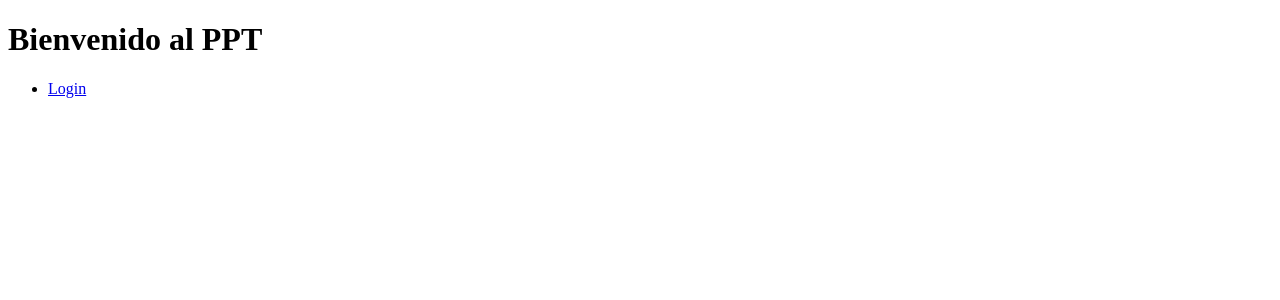
Repository: Danielborja/juegoLaravel
Page: http://localhost/
An editor plug-in stored every save of this project. The page is shown before and after the next save, followed by the edit.
The browser window is 1280 px wide. The pictures show the whole page.
The page is served by the project's Laravel application, run on PHP 8.4 with Laravel 10. Other server files are loaded and not shown.

Above is the page before, as saved 2023-04-21 13:47:14.

### routes/web.php
<?php

use Illuminate\Support\Facades\Route;
use App\Http\Controllers\LoginController;

/*
|--------------------------------------------------------------------------
| Web Routes
|--------------------------------------------------------------------------
|
| Here is where you can register web routes for your application. These
| routes are loaded by the RouteServiceProvider and all of them will
| be assigned to the "web" middleware group. Make something great!
|
*/

Route::get('/', function () {
    return view('welcome');
});

Route::get('index', [LoginController::class, 'index'])->name('login');
Route::get('new-player', [LoginController::class, 'store'])->name('new-player');

### resources/views/welcome.blade.php
<!DOCTYPE html>
<html lang="{{ str_replace('_', '-', app()->getLocale()) }}">
    <head>
        <meta charset="utf-8">
        <meta name="viewport" content="width=device-width, initial-scale=1">

        <title>Login</title>

        <!-- Fonts -->
        <link rel="preconnect" href="https://fonts.bunny.net">
        <link href="https://fonts.bunny.net/css?family=figtree:400,600&display=swap" rel="stylesheet" />

        <!-- Styles -->

    </head>
    <body class="antialiased">

        <h1>Bienvenido al PPT</h1>
    <ul>
        <li><a href="{{ route('login') }}">Login</a></li>
        {{-- <li><a href="{{ route('register') }}">Registrarse como paciente o doctor</a></li> --}}
    </ul>

    </body>
</html>

After the next save:
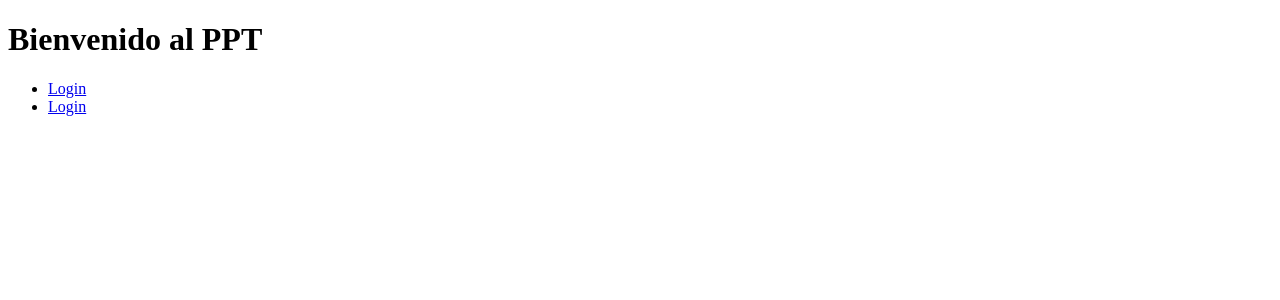
Saved 64 s later.
--- a/resources/views/welcome.blade.php
+++ b/resources/views/welcome.blade.php
@@ -18,6 +18,7 @@
         <h1>Bienvenido al PPT</h1>
     <ul>
         <li><a href="{{ route('login') }}">Login</a></li>
+        <li><a href="{{ route('login') }}">Login</a></li>
         {{-- <li><a href="{{ route('register') }}">Registrarse como paciente o doctor</a></li> --}}
     </ul>
 
